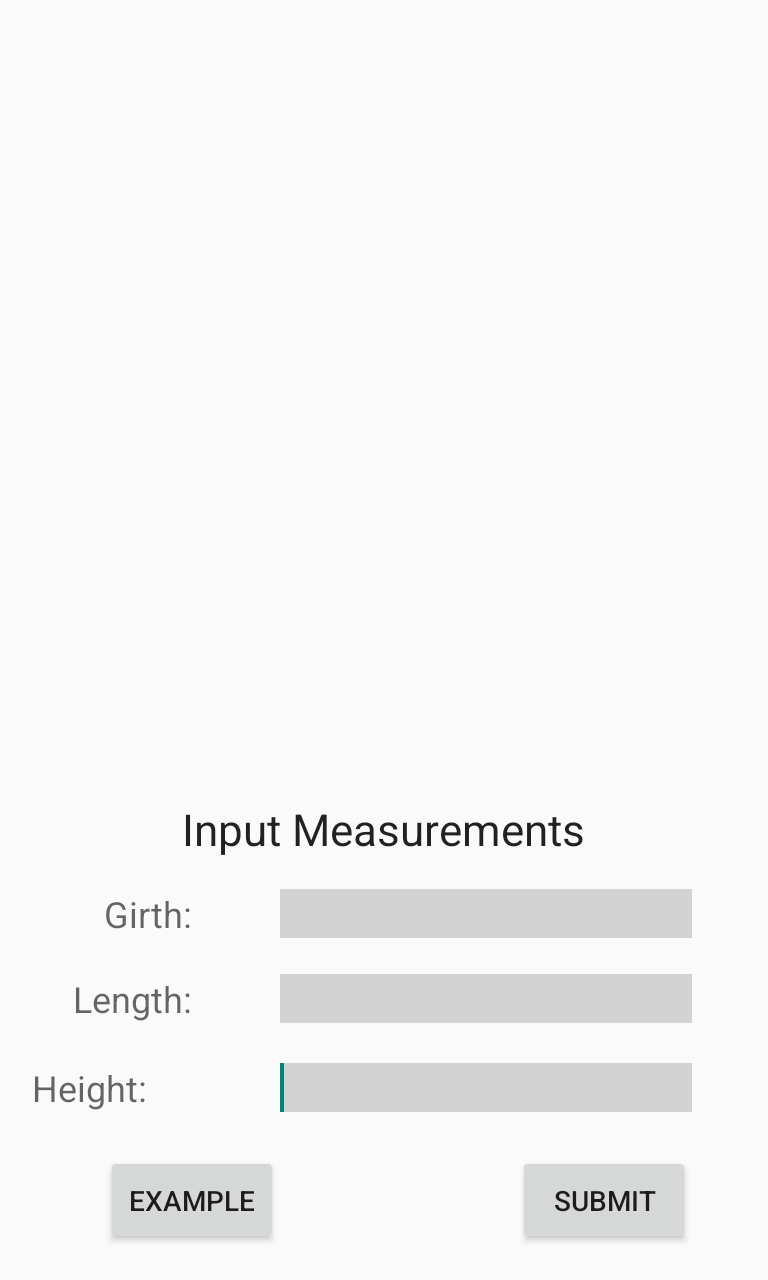
Repository: jdmielke/AnimalApp
Layout: AWEA/res/layout/activity_goat_measurement.xml
An editor plug-in stored every save of this project. The layout is shown before and after the next save, followed by the edit.
It is drawn on a 768 x 1280 px phone screen (xhdpi) without system bars, with theme AppTheme; the app's code is not run.

Above is the layout before, as saved 2014-11-12 19:33:32.

After the next save:
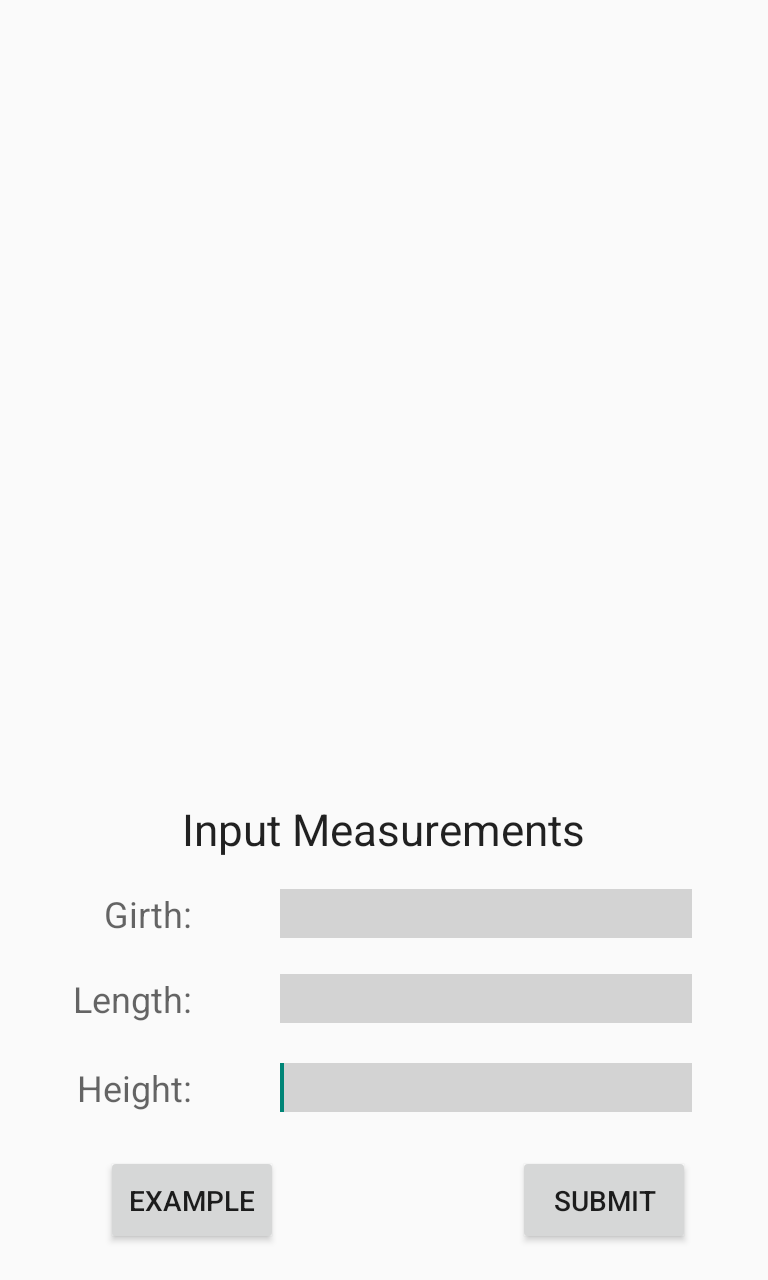
Saved 20 s later.
--- a/AWEA/res/layout/activity_goat_measurement.xml
+++ b/AWEA/res/layout/activity_goat_measurement.xml
@@ -112,7 +112,7 @@
         android:layout_height="wrap_content"
         android:layout_alignBaseline="@+id/editText3"
         android:layout_alignBottom="@+id/editText3"
-        android:layout_alignParentLeft="true"
+        android:layout_alignRight="@+id/textView3"
         android:text="Height:"
         android:textAppearance="?android:attr/textAppearanceMedium" />
 
